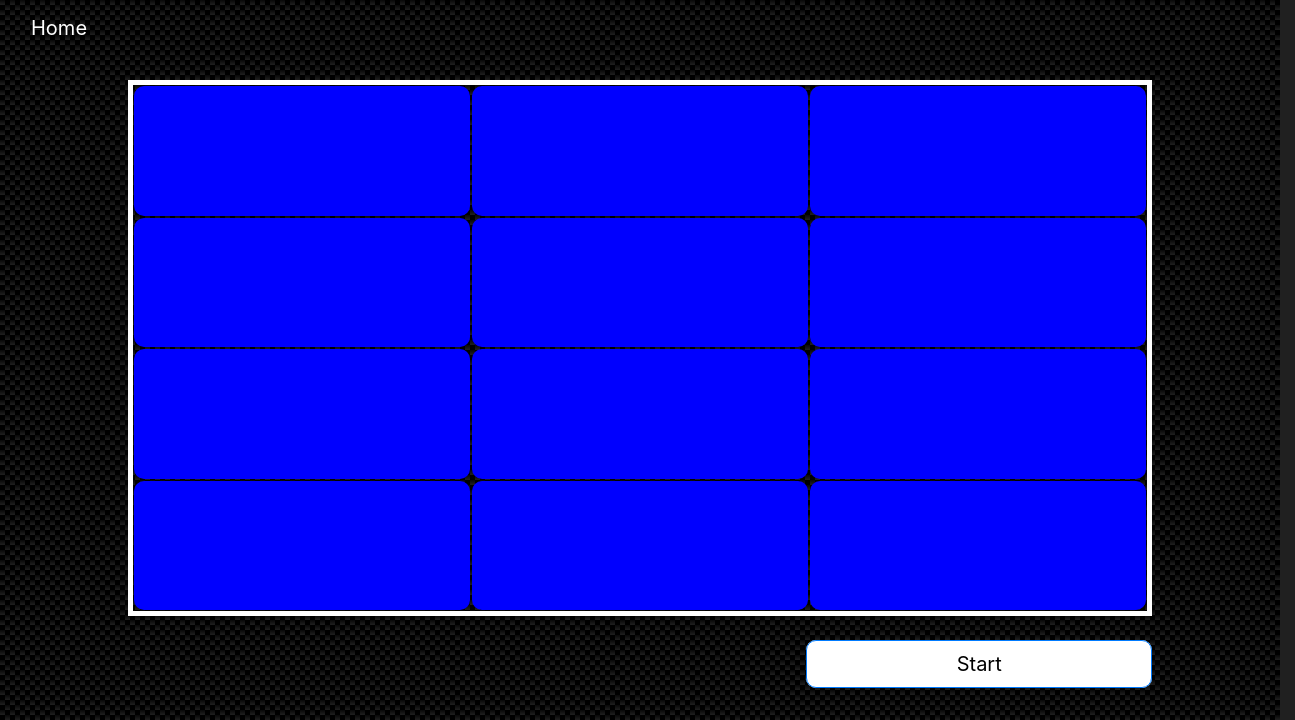
Repository: chrisrees85/memory-block
Page: easy.html
The author's editor kept a record of every edit. The page is drawn from the files as they stood at one moment, then again after the next edit.
The browser window is 1280 px wide. The page is 1280 px wide, then 1295 px, so the pictures cover 1295 px, including what lies to the right of the window. The pictures show the whole page.

Above is the page before.

### easy.html
<!DOCTYPE html>
<html lang="en">

<head>
    <meta charset="UTF-8">
    <meta name="viewport" content="width=device-width, initial-scale=1.0">
    <meta http-equiv="X-UA-Compatible" content="ie=edge">
    <title>Memory Block</title>
    <link rel="stylesheet" href="https://stackpath.bootstrapcdn.com/bootstrap/4.3.1/css/bootstrap.min.css" integrity="sha384-ggOyR0iXCbMQv3Xipma34MD+dH/1fQ784/j6cY/iJTQUOhcWr7x9JvoRxT2MZw1T" crossorigin="anonymous">
    <link rel="stylesheet" href="assets/css/style.css" type="text/css" />
</head>

<body>
    <div class="container-fluid">
        <nav class="navbar navbar-dark bg-dark">
                        <a class="navbar-brand" href="index.html">Home</a>
        </nav>
    </div>
    </br>
    <div class="container board">
        <div class="row">
            <div class="col tiles blue"></div>
            <div class="col tiles blue"></div>
            <div class="col tiles blue"></div>
        </div>
        <div class="row">
            <div class="col tiles blue"></div>
            <div class="col tiles blue"></div>
            <div class="col tiles blue"></div>
        </div>
        <div class="row">
            <div class="col tiles blue"></div>
            <div class="col tiles blue"></div>
            <div class="col tiles blue"></div>
        </div>
        <div class="row">
            <div class="col tiles blue"></div>
            <div class="col tiles blue"></div>
            <div class="col tiles blue"></div>
        </div>
    </div>
    </br>
    <div class="row btn-right">

        <div id="btn"></div>

    </div>
    </div>

    <div class="modal fade" id="exampleModal" tabindex="-1" role="dialog" aria-labelledby="exampleModalLabel" aria-hidden="true">
        <div class="modal-dialog" role="document">
            <div class="modal-content">
                <div class="modal-header">
                    <h5 class="modal-title" id="modal-head"></h5>
                </div>
                <div class="modal-body" id='modal-text'>
                </div>
                <div class="modal-footer">
                    <div id="modal-btn1"></div>
                    <div id="modal-btn2"></div>
                </div>
            </div>
        </div>


        <script src="https://code.jquery.com/jquery-3.3.1.slim.min.js" integrity="sha384-q8i/X+965DzO0rT7abK41JStQIAqVgRVzpbzo5smXKp4YfRvH+8abtTE1Pi6jizo" crossorigin="anonymous"></script>
        <script src="https://cdnjs.cloudflare.com/ajax/libs/popper.js/1.14.7/umd/popper.min.js" integrity="sha384-UO2eT0CpHqdSJQ6hJty5KVphtPhzWj9WO1clHTMGa3JDZwrnQq4sF86dIHNDz0W1" crossorigin="anonymous"></script>
        <script src="https://stackpath.bootstrapcdn.com/bootstrap/4.3.1/js/bootstrap.min.js" integrity="sha384-JjSmVgyd0p3pXB1rRibZUAYoIIy6OrQ6VrjIEaFf/nJGzIxFDsf4x0xIM+B07jRM" crossorigin="anonymous"></script>
        <script type="text/javascript" src="assets/js/scripts.js"></script>
</body>

</html>

### assets/css/style.css
* {
  padding: 0;
  margin: 0;
  box-sizing: border-box;
}

body {
  background-color: rgb(32, 32, 32);
  background-image: linear-gradient(45deg, black 25%, transparent 25%, transparent 75%, black 75%, black), linear-gradient(45deg, black 25%, transparent 25%, transparent 75%, black 75%, black), linear-gradient(to bottom, rgb(8, 8, 8), rgb(32, 32, 32));
  background-size: 10px 10px, 10px 10px, 10px 5px;
  background-position: 0px 0px, 5px 5px, 0px 0px;
}

h1, p{
  color:white;
}

.navbar-dark{
  background-color: rgba(0,0,0,0)!important;
}

.center {
  text-align: center;
}

.btn-lg{
  width:60vw;
  margin:auto;
  border-radius: 10px;
}

.board {
  width: 80vw;
  height:calc(72vh + 18px);
  margin: auto;
  border:5px solid white;
}

.tiles {
  background-color: rgba(255,255,255,0.5);
  height: 18vh;
  border-radius: 10px;
  margin: 1px;
}

.btn-right {
  margin-right: 10vw;
  float: right;
}

#btn,
#play-btn {
  width: 27vw;
  border-radius: 10px;
  background-color: white;
  color:black;
}

.blue{
  background-color: blue;
  transform: rotateY(-0deg);
  transition: transform 0.5s;
}

.green {
  background-color: green;
  transform: rotateY(180deg);
  transition: transform 0.5s;
}

.modal-dialog {
  padding-top: 200px;
}

### assets/js/scripts.js
let blocks = Array.from(document.querySelectorAll('.block'));
let buttonDiv = document.getElementById('btn');
let blocksLength = blocks.length;
let score = 0;

// First function of the play button

function startButton() {
    buttonDiv.innerHTML = '<button type="button" class="btn btn-primary btn-lg" id="play-btn" onclick="onClick();">Start</button>';
}
startButton();

// Function performs when first button function is pressed

function onClick() {
    // Renders the button inactive so the user can't keep calling onClick function
    buttonDiv.innerHTML = '<button type="button" class="btn btn-primary btn-lg" id="play-btn">Start</button>';

    // Countdown timer shown in the button text
    // Once time is up the buttons function changes to check users attempt
    let timeleft = 5;
    let countdownTimer = setInterval(function() {
        buttonDiv.innerHTML = '<button type="button" class="btn btn-primary btn-lg" id="play-btn"></button>';
        document.getElementById('play-btn').textContent = timeleft;
        timeleft -= 1;
        if (timeleft < 0) {
            clearInterval(countdownTimer);
            buttonDiv.innerHTML = '<button type="button" class="btn btn-primary btn-lg" id="play-btn" onclick="checkAttempt();" data-toggle="modal" data-target="#exampleModal">Check</button>';
        }
    }, 1000);

    // Shuffles the blocks array into a random order
    let i = blocksLength,
        rand, temp;
    while (--i > 0) {
        rand = Math.floor(Math.random() * (i + 1));
        temp = blocks[rand];
        blocks[rand] = blocks[i];
        blocks[i] = temp;
    }

    // Selects half of the shuffled array and adds the color class
    let bottomHalfblocks = blocks.slice(blocksLength / 2, blocksLength);
    bottomHalfblocks.forEach(function(i) {
        i.classList.replace('blue', 'green');
    });

    // Replaces the color class with an unused class after 6 seconds
    function clearBoard() {
        bottomHalfblocks.map(function(i) {
            i.classList.replace('green', 'blue');
            i.classList.add('marker')
        });
    }
    setTimeout(clearBoard, 6000);
    console.log(blocks);

    // Activates the users ability to click and change the block color 6 seconds after the start button is pressed
    function allowUserClick() {
        blocks.forEach(function(i) {
            i.addEventListener('click', tileClicked);
        });

        function tileClicked() {
            this.classList.toggle('green');
            this.classList.toggle('blue');
        }
    }
    setTimeout(allowUserClick, 6000);
}

let modalBtn1 = document.getElementById('modal-btn1');
let modalBtn2 = document.getElementById('modal-btn2');
// Function checks the users answers on clicking the check button and displays a modal
function checkAttempt() {

    // Loops through the blocks array and increments 1 to the score if a condition is true
    function checkClasses() {
        blocks.forEach(function(it) {
            if ((it.classList.contains('marker')) && (it.classList.contains('green'))) {
                score++;
            }
            else if ((it.classList.contains('green')) && !(it.classList.contains('marker'))) {
                score = blocksLength;
            }
        });
    }
    checkClasses();

    // Modal either gives a yes or no answer as to whether the user has succeeded
    if (score == blocksLength / 2) {
        document.getElementById('modal-head').textContent = ('CONGRATULATIONS!');
        document.getElementById('modal-text').textContent = ('You did it! why not do it again');
        modalBtn1.innerHTML = '<button type="button" class="btn btn-primary" onclick="location.reload();">New Game</button>';
        modalBtn2.innerHTML = '';
    }
    else {
        document.getElementById('modal-head').textContent = ('SORRY NOT THIS TIME!');
        document.getElementById('modal-text').textContent = ('See why and try again');
        modalBtn1.innerHTML = '<button type="button" class="btn btn-primary" data-dismiss="modal" onclick="reveal();">Reveal</button>';
        modalBtn2.innerHTML = '<button type="button" class="btn btn-primary" data-dismiss="modal" onclick="retry();">Try Again</button>';
    }
    // resets the score to 0 to keep the users attempt accurate
    score = 0;
}

function retry() {
    blocks.forEach(function(it) {
        if (it.classList.contains('green')) {
            it.classList.replace('green', 'blue');
        }
    });
}

// Replaces green class with blue class
function reveal() {
    buttonDiv.innerHTML = '<button type="button" class="btn btn-primary btn-lg" id="play-btn" onclick="location.reload();">New Game</button>';
    blocks.forEach(function(it) {
        if ((it.classList.contains('green')) && !(it.classList.contains('marker'))) {
            it.classList.replace('green', 'blue');
        }
        else if (!(it.classList.contains('green')) && (it.classList.contains('marker'))) {
            it.classList.replace('blue', 'green');
        }
    });
}

After the next edit:
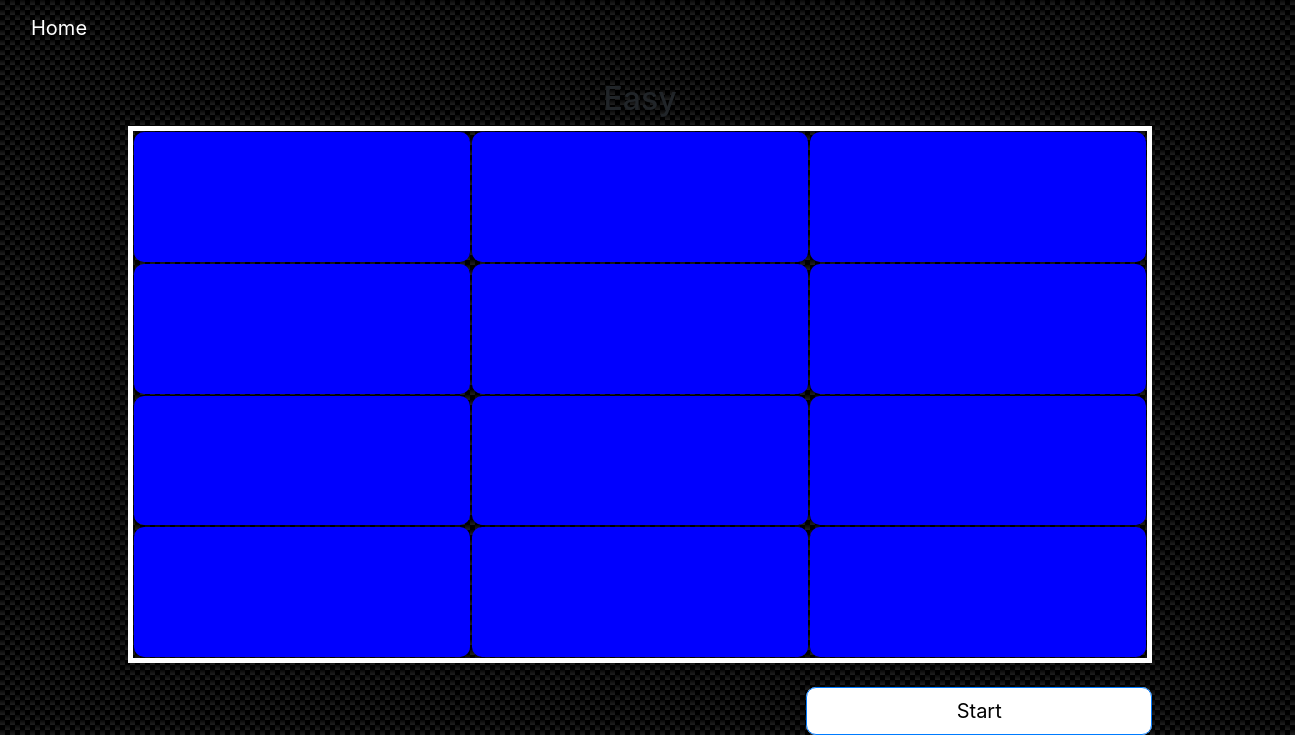
The edit:
--- a/easy.html
+++ b/easy.html
@@ -17,6 +17,11 @@
         </nav>
     </div>
     </br>
+    <div class="row">
+        <div class="col">
+            <h2 class="center">Easy</h2>
+        </div>
+    </div>
     <div class="container board">
         <div class="row">
             <div class="col tiles blue"></div>
